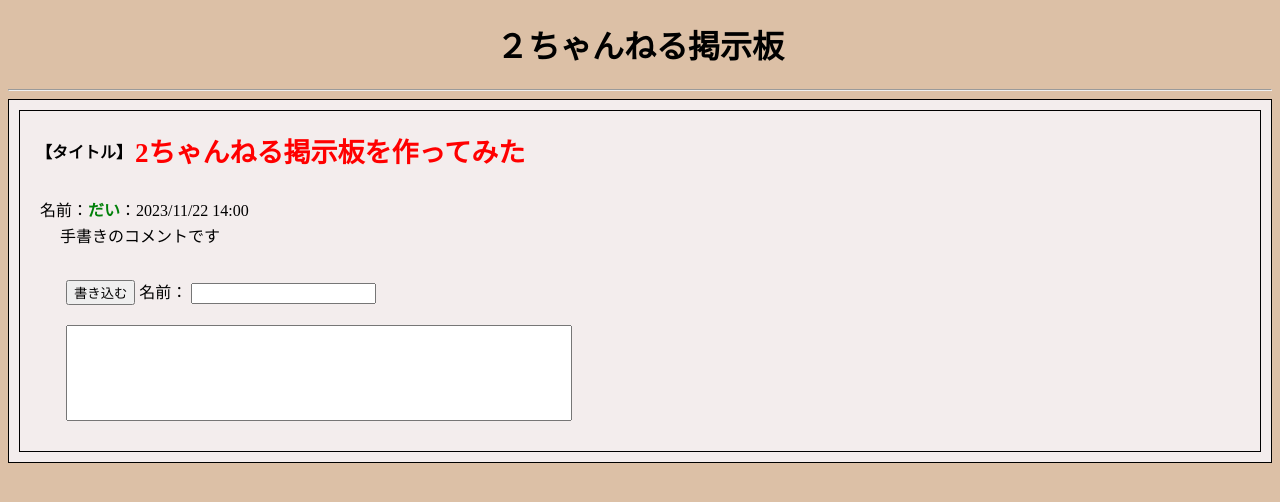
Repository: daidai0602/mba_portal
Page: http://localhost/
The author's editor kept a copy of each file at every save. The page is drawn from the files as they stood at one save, then again after a run of saves.
The browser window is 1280 px wide. The pictures show the whole page.
The page is run by PHP 8.4 with error messages shown; the project is at /var/www/html/.

Above is the page before, as saved 2023-11-22 15:32:08.

After the next 4 saves:
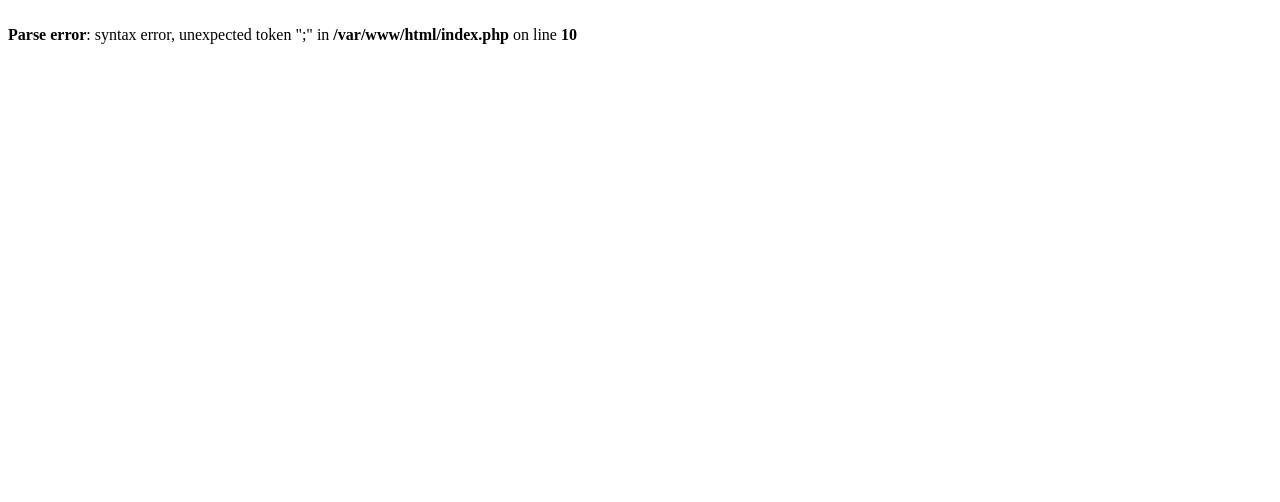
The 4 saves are shown as one change because they came seconds apart.
The last was saved 16 s later.
--- a/index.php
+++ b/index.php
@@ -5,6 +5,7 @@
   var_dump($username);
 }
 
+$comment=
 
 ?>
 
